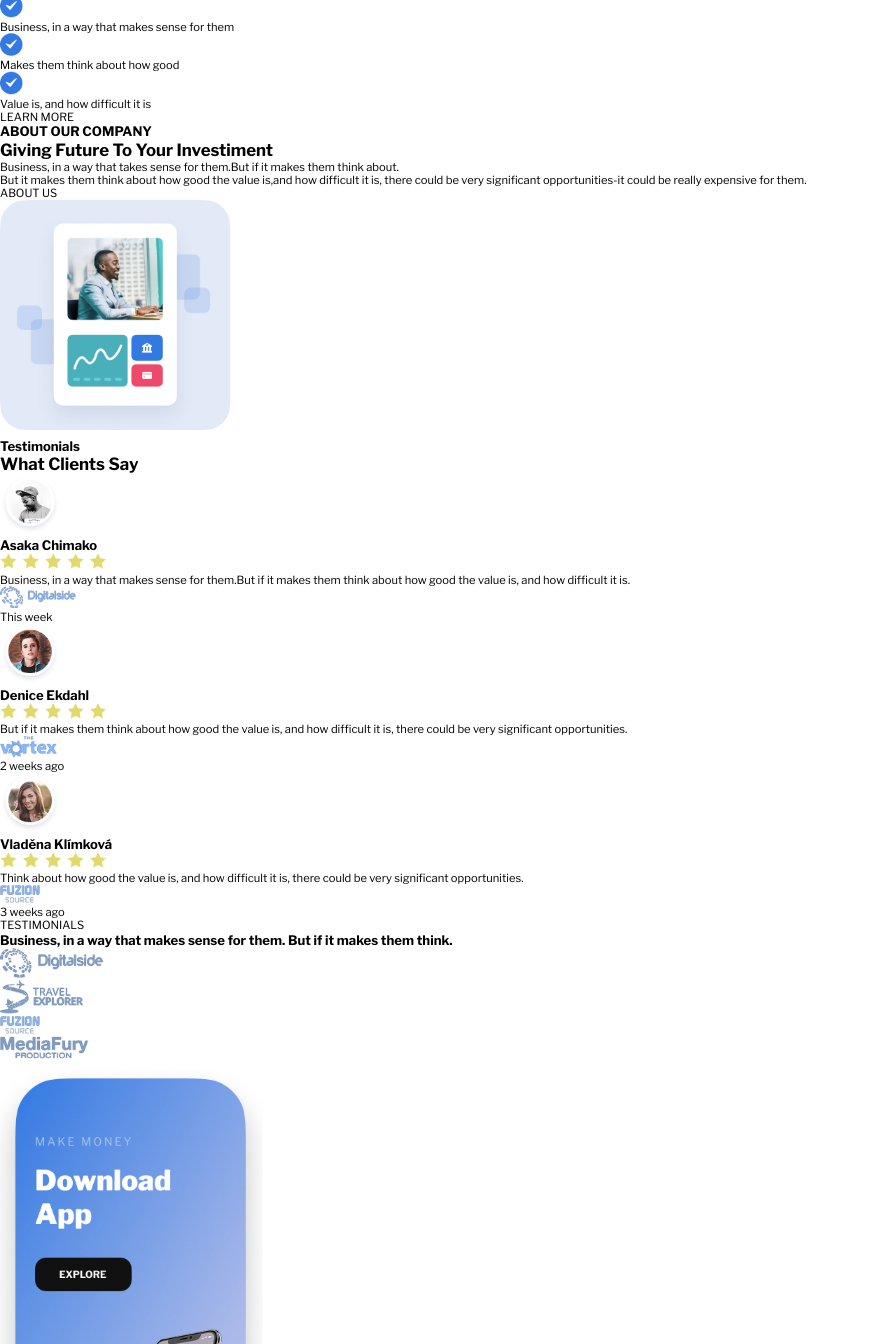
Repository: juniorAntunes910/Make-Money-Design-Avaliacao
Page: index.html
An editor plug-in stored every save of this project. The page is shown before and after the next save, followed by the edit.
The browser window is 1280 px wide. The pictures show the part of the page from y = 1462 to 3382 px (the page is 4432 px tall before and 4451 px after), at 70% of full size.

Above is the page before, as saved 2026-03-13 08:08:44.

After the next save:
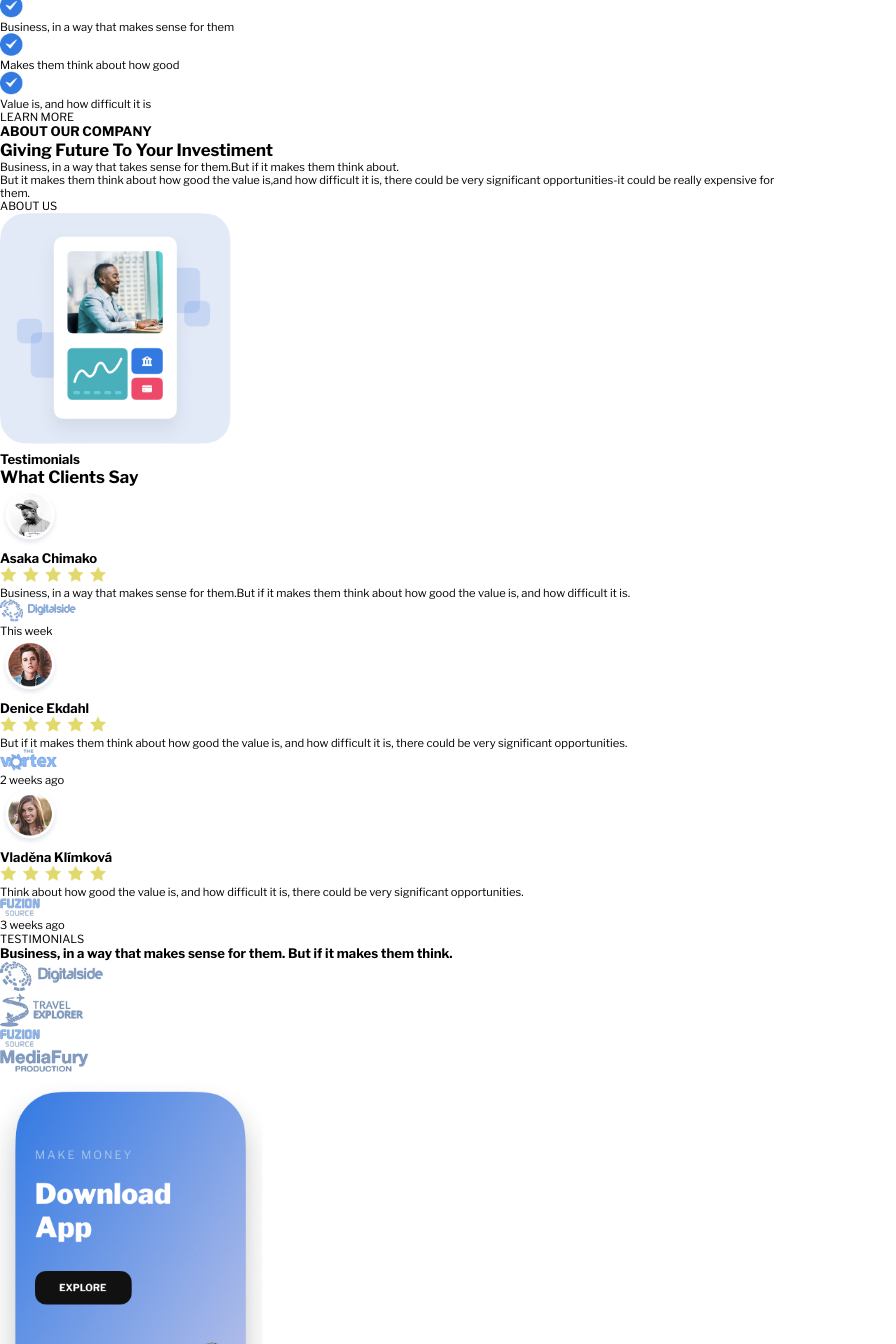
Saved 8 s later.
--- a/style.css
+++ b/style.css
@@ -44,5 +44,6 @@ body {
 }
 
 .container {
-
+    width: 90%;
+    mmargin: 0 auto;
 }
